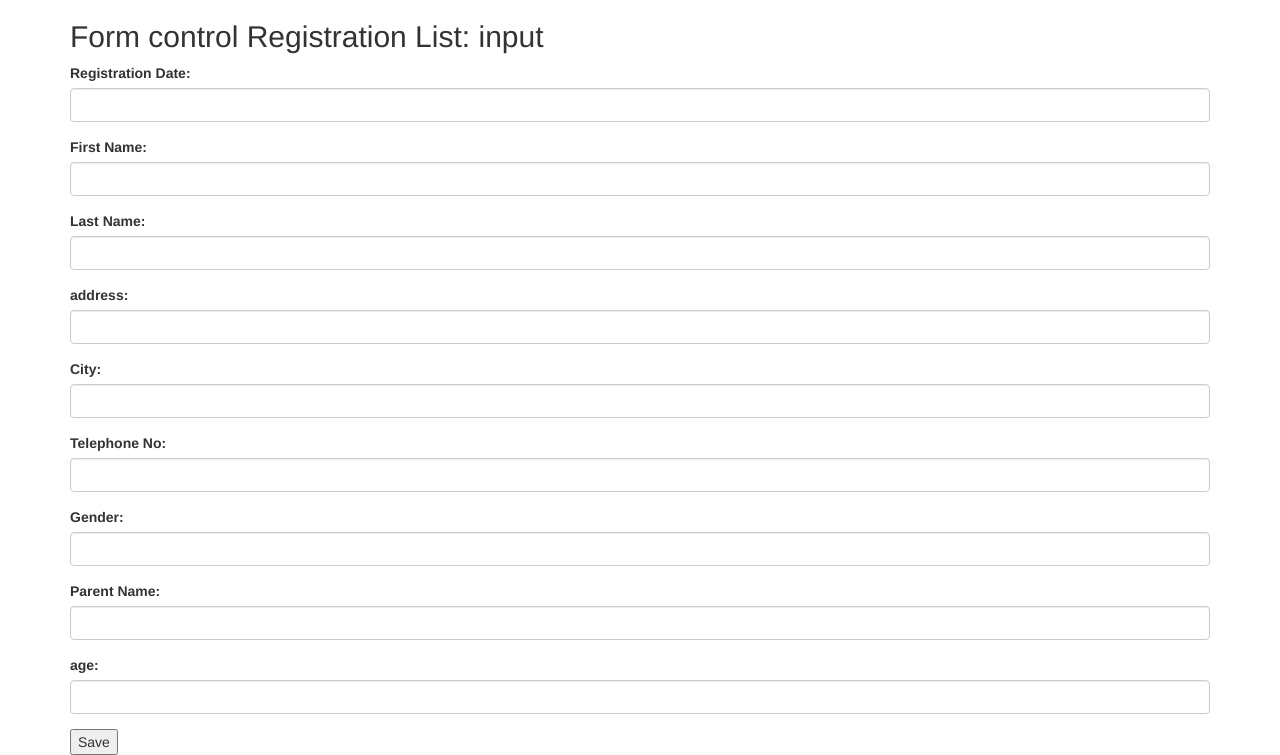
Repository: SACHINnANYAKKARA/2nd_Year_final_Project
Page: http://localhost/SpringMVCHibernateCRUD/WEB-INF/pages/PatientForm.jsp
An editor plug-in stored every save of this project. The page is shown before and after the next save, followed by the edit.
The browser window is 1280 px wide. The pictures show the whole page.
The page is served by Tomcat 9. Nobody is signed in. Other server files are loaded and not shown. The template is opened directly, without the code that normally fills it, so the values that code supplies are empty.

Above is the page before, as saved 2018-03-30 06:38:35.

### SpringMVCHibernateCRUD/src/main/webapp/WEB-INF/pages/PatientForm.jsp
<%@ page language="java" contentType="text/html; charset=ISO-8859-1"
    pageEncoding="ISO-8859-1"%>
<%@ taglib prefix="form" uri="http://www.springframework.org/tags/form"%>
<!DOCTYPE html PUBLIC "-//W3C//DTD HTML 4.01 Transitional//EN"
    "http://www.w3.org/TR/html4/loose.dtd">
<html>
<head>
<meta http-equiv="Content-Type" content="text/html; charset=UTF-8">
<meta charset="utf-8">
  <meta name="viewport" content="width=device-width, initial-scale=1">
  <link rel="stylesheet" href="https://maxcdn.bootstrapcdn.com/bootstrap/3.3.7/css/bootstrap.min.css">
  <script src="https://ajax.googleapis.com/ajax/libs/jquery/3.3.1/jquery.min.js"></script>
  <script src="https://maxcdn.bootstrapcdn.com/bootstrap/3.3.7/js/bootstrap.min.js"></script>
<title>New/Edit Contact</title>
</head>
<body>
      <div class="container">
     <h2>Form control Registration List: input</h2>

   <form:form action="savePatient" method="post" modelAttribute="patient">
   <form:hidden path="registration_no"/>

    <div class="form-group">
      <label for="usr">Registration Date:</label>
      <form:input type="text"  path="registration_date" class="form-control" id="usr" />
    </div>

    <div class="form-group">
      <label for="pwd">First Name:</label>
      <form:input type="text" path="first_name" class="form-control" id="pwd" />
    </div>

     <div class="form-group">
      <label for="usr">Last Name:</label>
      <form:input type="text" path="last_name" class="form-control" id="usr" />
    </div>

     <div class="form-group">
      <label for="usr">address:</label>
      <form:input type="text" path="address" class="form-control" id="usr" />
    </div>

    <div class="form-group">
      <label for="usr">City:</label>
      <form:input type="text" path="city" class="form-control" id="usr" />
    </div>

    <div class="form-group">
      <label for="usr">Telephone No:</label>
      <form:input type="text" path="telephone_no" class="form-control" id="usr" />
    </div>

    <div class="form-group">
      <label for="usr">Gender:</label>
      <form:input type="text" path="gender" class="form-control" id="usr" />
    </div>

    <div class="form-group">
      <label for="usr">Parent Name:</label>
      <form:input type="text" path="parent_name" class="form-control" id="usr" />
    </div>

    <div class="form-group">
      <label for="usr">age:</label>
      <form:input type="text" path="age" class="form-control" id="usr" />
    </div>

    <input type="submit" value="Save">

   </form:form>

</div>


</body>
</html>

After the next save:
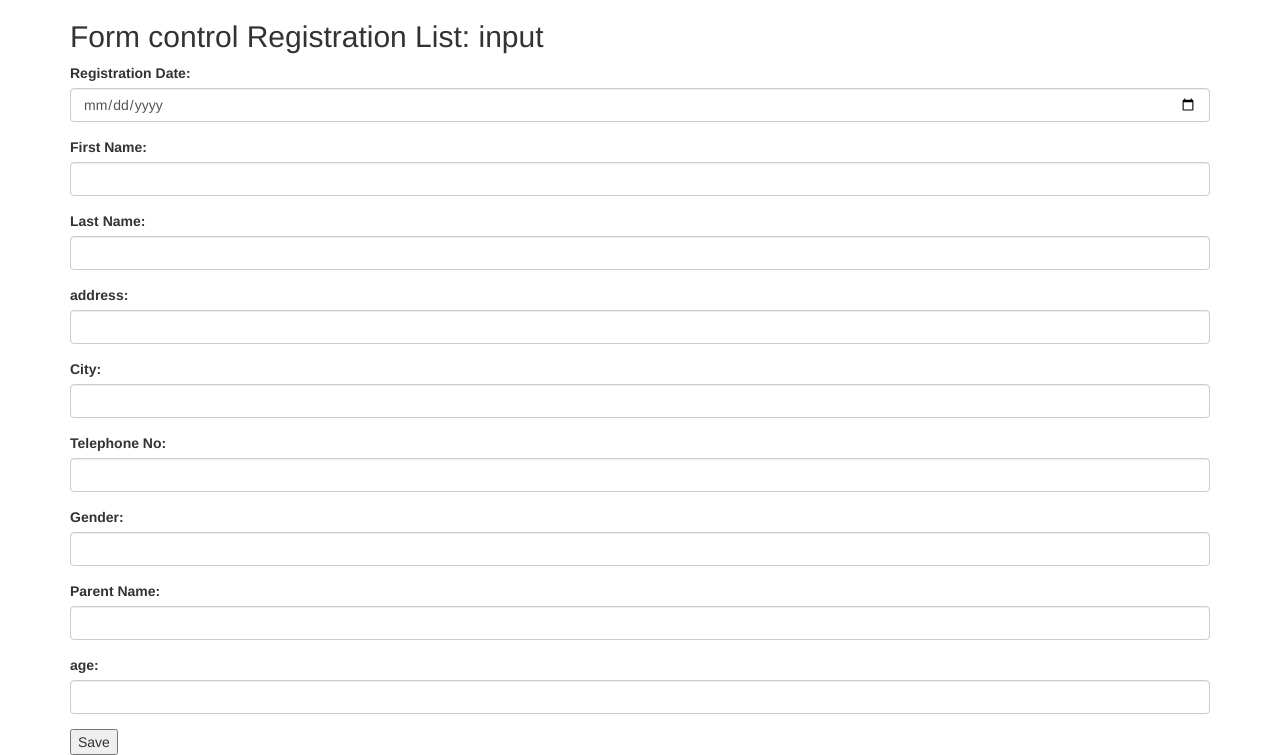
Saved 5 min 18 s later.
--- a/SpringMVCHibernateCRUD/src/main/webapp/WEB-INF/pages/PatientForm.jsp
+++ b/SpringMVCHibernateCRUD/src/main/webapp/WEB-INF/pages/PatientForm.jsp
@@ -22,7 +22,7 @@
 
     <div class="form-group">
       <label for="usr">Registration Date:</label>
-      <form:input type="text"  path="registration_date" class="form-control" id="usr" />
+      <form:input type="date"  path="registration_date" class="form-control" id="usr" />
     </div>
 
     <div class="form-group">
